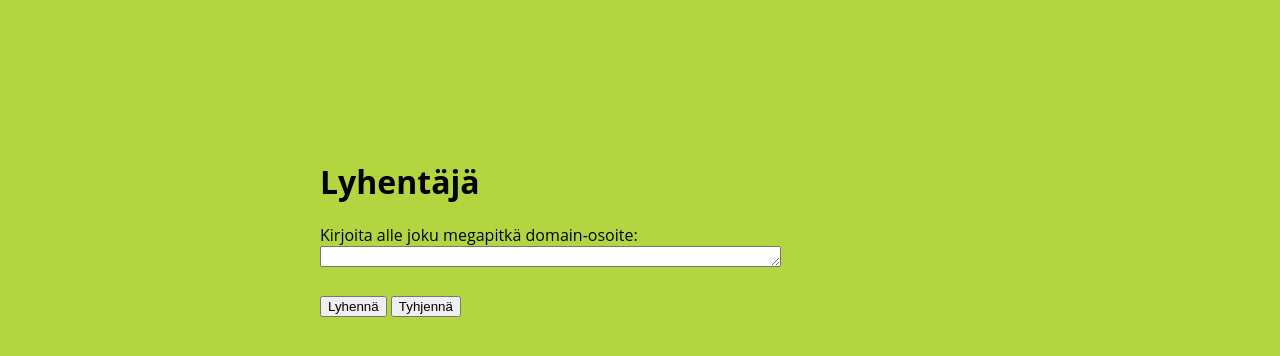
Repository: koodaajakige/knykanen
Page: public_html/redirect/lomake.html
These files come from the project's save history. The page is drawn as it stood at one moment and after the next save; the edit follows.
The browser window is 1280 px wide. The pictures show the whole page.

Above is the page before, as saved 2023-01-12 12:15:07.

After the next save:
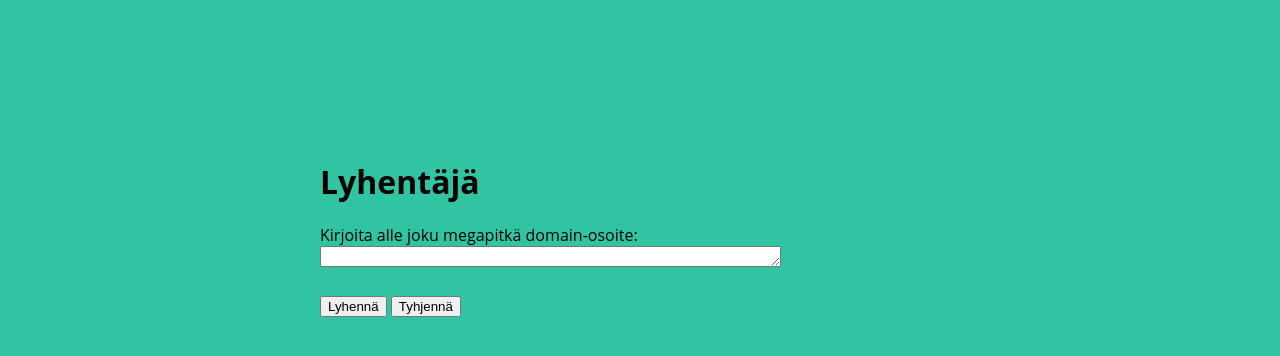
Saved 53 s later.
--- a/public_html/redirect/kigestyle.css
+++ b/public_html/redirect/kigestyle.css
@@ -2,7 +2,7 @@ body {
     font-family: 'Averia Serif Libre', cursive;
 	font-family: 'Open Sans', sans-serif;
     font-size: medium;
-    background-color: rgb(179, 214, 64);
+    background-color: rgb(48, 196, 162);
     max-width: 40em;
 	width: 90%;
 	margin: 10em auto;
